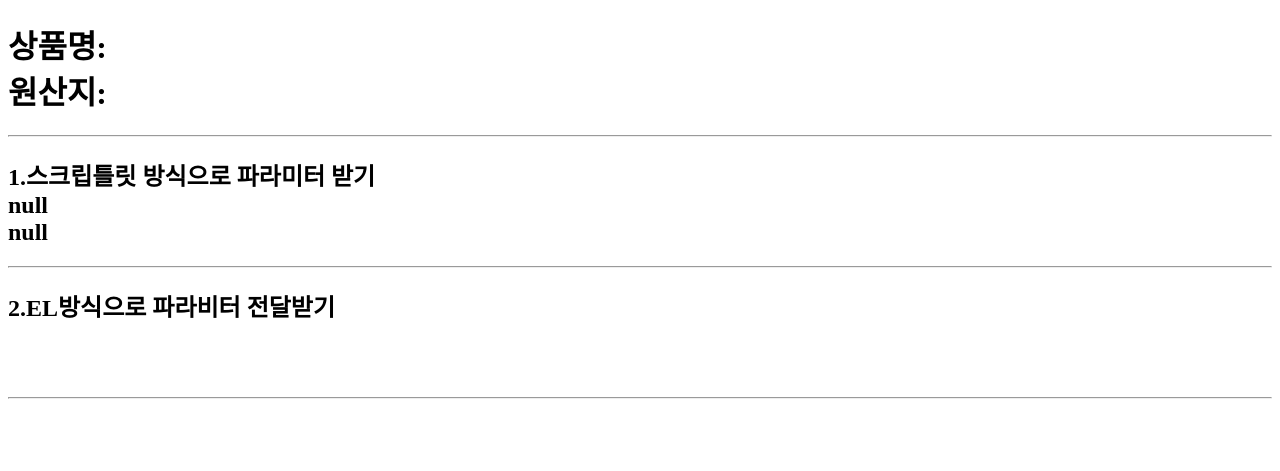
Repository: hwimi/2024-04-12
Page: http://localhost/jstl_study/step-3.jsp
The author's editor kept a copy of each file at every save. The page is drawn from the files as they stood at one save, then again after the next save.
The browser window is 1280 px wide. The pictures show the whole page.
The page is served by Tomcat 9. Other server files are loaded and not shown.

Above is the page before, as saved 2024-04-11 03:14:25.

### jstl_study/src/main/webapp/step-3.jsp
<%@ page language="java" contentType="text/html; charset=UTF-8"
	pageEncoding="UTF-8"%>
<!DOCTYPE html>
<html>
<head>
<meta charset="UTF-8">
<title>Insert title here</title>
</head>
<body>
	<h1>
		상품명: ${param.name }<br>
		원산지: ${param.address }<br>
	</h1>
	<hr>


	<h2>

		1.스크립틀릿 방식으로 파라미터 받기<br>
		<%=request.getParameter("name") %><br>
		<%=request.getParameter("address") %>

	</h2>
	<hr>
	<h2>
		2.EL방식으로 파라비터 전달받기<br>
		${param.name }<br>
		${param.address }<br>
		</h2>

		<hr>

		<!-- form tag로 데이터 전송 -->
		<!-- queryString 방식의 전송 get방식으로 전송 -->
		<!-- form tag 전송방식은 선택가능.get/post 방식중 선택가능 -->

		<form action="step-4.jsp"></form>

</body>
</html>

After the next save:
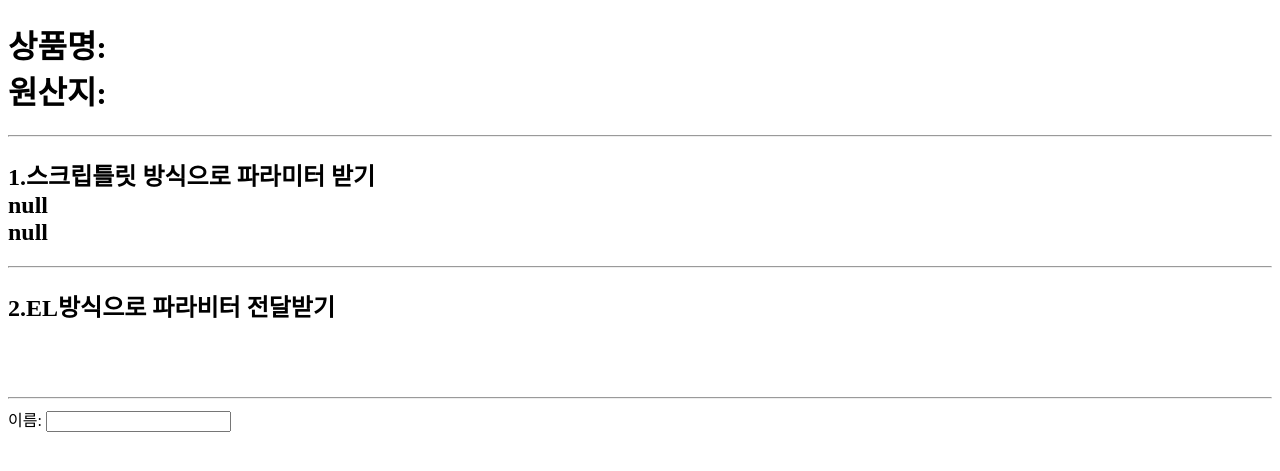
Saved 24 s later.
--- a/jstl_study/src/main/webapp/step-3.jsp
+++ b/jstl_study/src/main/webapp/step-3.jsp
@@ -34,7 +34,10 @@
 		<!-- queryString 방식의 전송 get방식으로 전송 -->
 		<!-- form tag 전송방식은 선택가능.get/post 방식중 선택가능 -->
 
-		<form action="step-4.jsp"></form>
+		<form action="step-4.jsp">
+		이름: <input>
+
+		</form>
 
 </body>
 </html>
